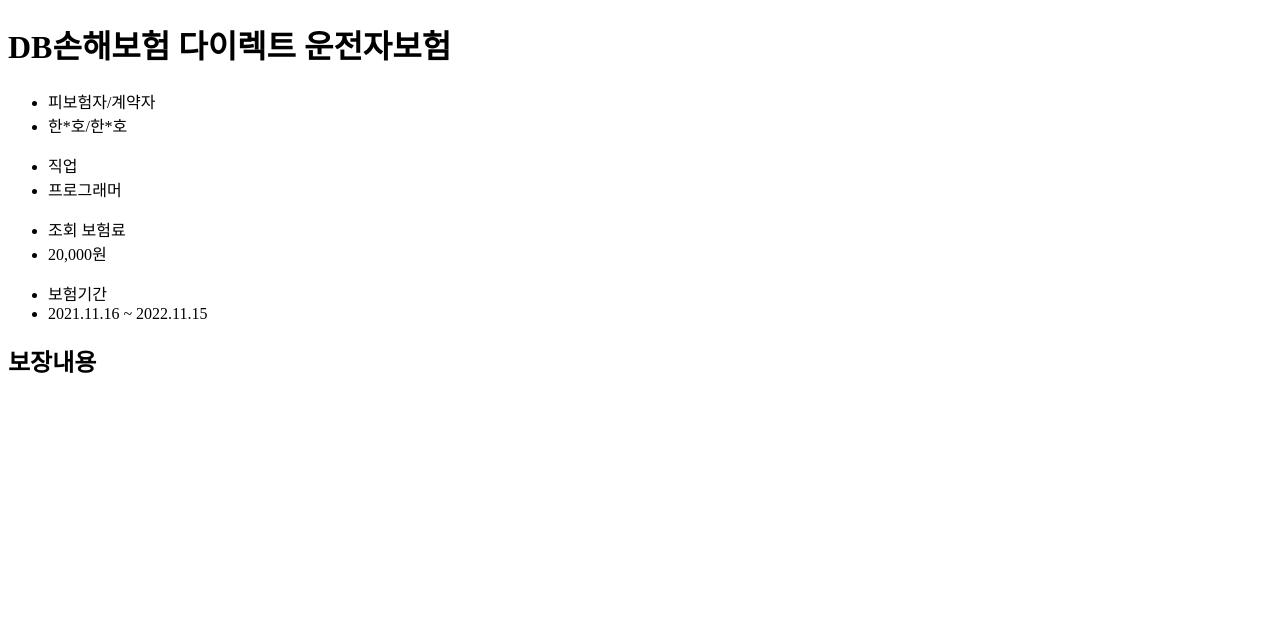
Repository: minho0324/directInsurance
Page: http://localhost/directClone/direct/details2
The author's editor kept a copy of each file at every save. The page is drawn from the files as they stood at one save, then again after the next save.
The browser window is 1280 px wide. The pictures show the whole page.
The page is served by Tomcat 9. Other server files are loaded and not shown.

Above is the page before, as saved 2021-11-18 04:12:32.

### directClone/src/main/webapp/WEB-INF/views/details2.jsp
<%@ page language="java" contentType="text/html; charset=UTF-8"
    pageEncoding="UTF-8"%>
<!DOCTYPE html>
<html>
<head>
<meta charset="UTF-8">
<title>Insert title here</title>
</head>
<script src="http://code.jquery.com/jquery-latest.js"></script>
<body>

	<div class="container">
		<div class="rows">
			<div class="ref">
				<h1>DB손해보험 다이렉트 운전자보험</h1>
			</div>
			<ul class="list">
				<li>피보험자/계약자</li>
				<li>한*호/한*호</li>
			</ul>
			<ul class="list">
				<li>직업</li>
				<li>프로그래머</li>
			</ul>
			<ul class="list">
				<li>조회 보험료</li>
				<li>20,000원</li>
			</ul>
			<ul class="list">
				<li>보험기간</li>
				<li>2021.11.16 ~ 2022.11.15</li>
			</ul>
			<div class="insuInfo">
				<div class="insuTitle">
					<h2>보장내용</h2>
					<div class="insuDetail1">

					</div>
					<div class="insuDetail2">

					</div>
				</div>
			</div>
		</div>
	</div>



</body>
</html>

After the next save:
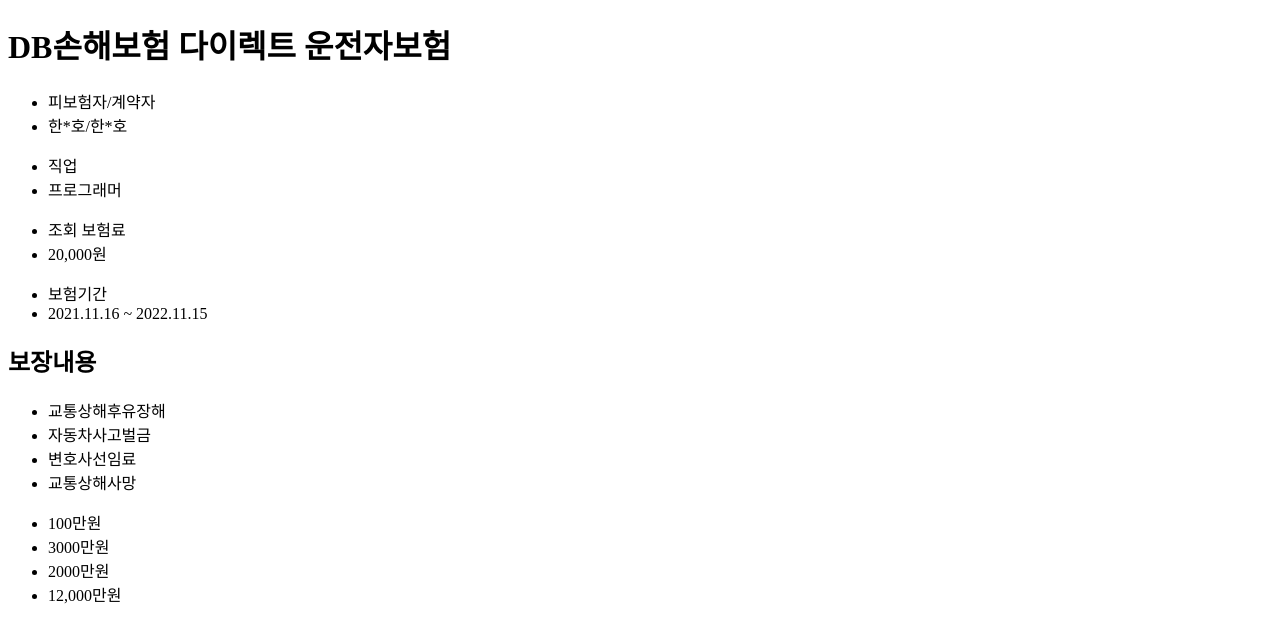
Saved 2 min 20 s later.
--- a/directClone/src/main/webapp/WEB-INF/views/details2.jsp
+++ b/directClone/src/main/webapp/WEB-INF/views/details2.jsp
@@ -34,6 +34,19 @@
 				<div class="insuTitle">
 					<h2>보장내용</h2>
 					<div class="insuDetail1">
+						<ul>
+							<li>교통상해후유장해</li>
+							<li>자동차사고벌금</li>
+							<li>변호사선임료</li>
+							<li>교통상해사망</li>
+						</ul>
+						<ul>
+							<li>100만원</li>
+							<li>3000만원</li>
+							<li>2000만원</li>
+							<li>12,000만원</li>
+						</ul>
+
 
 					</div>
 					<div class="insuDetail2">
